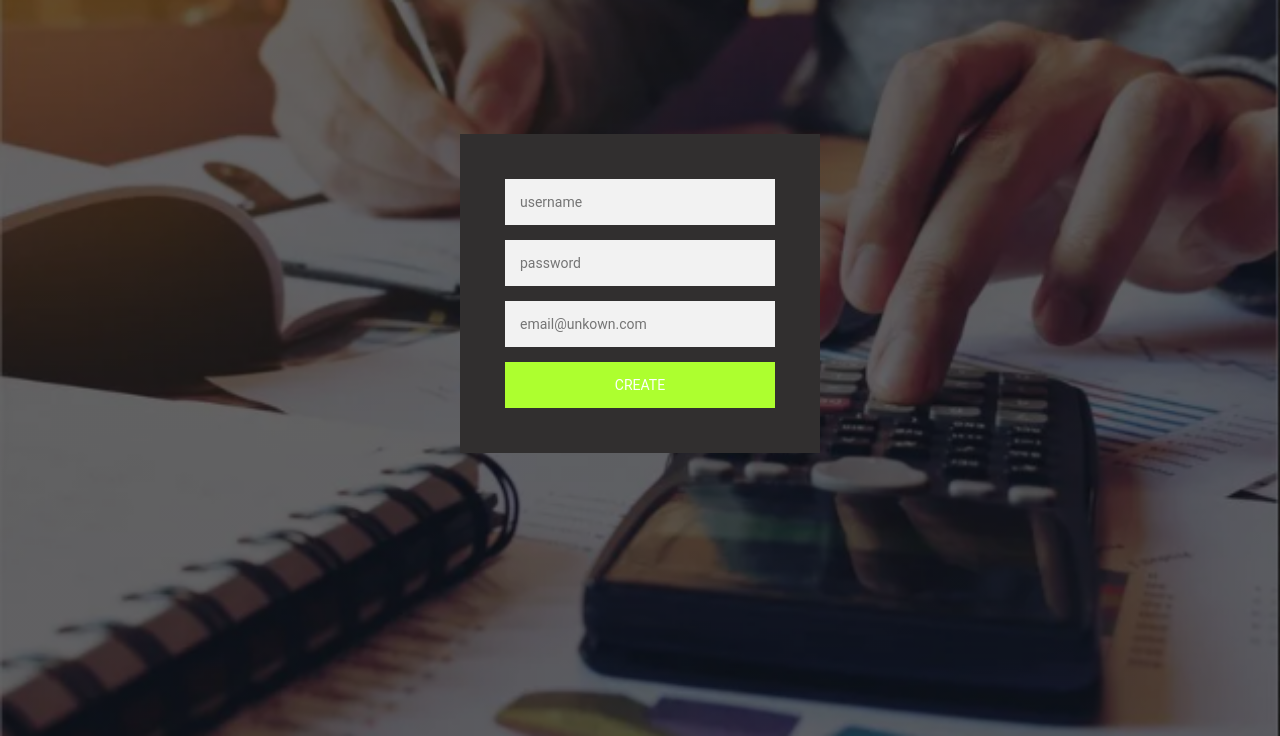
Repository: rambo1022/Project-1
Page: index.html
The author's editor kept a copy of each file at every save. The page is drawn from the files as they stood at one save, then again after the next save.
The browser window is 1280 px wide. The pictures show the whole page.

Above is the page before, as saved 2019-12-01 15:33:42.

After the next save:
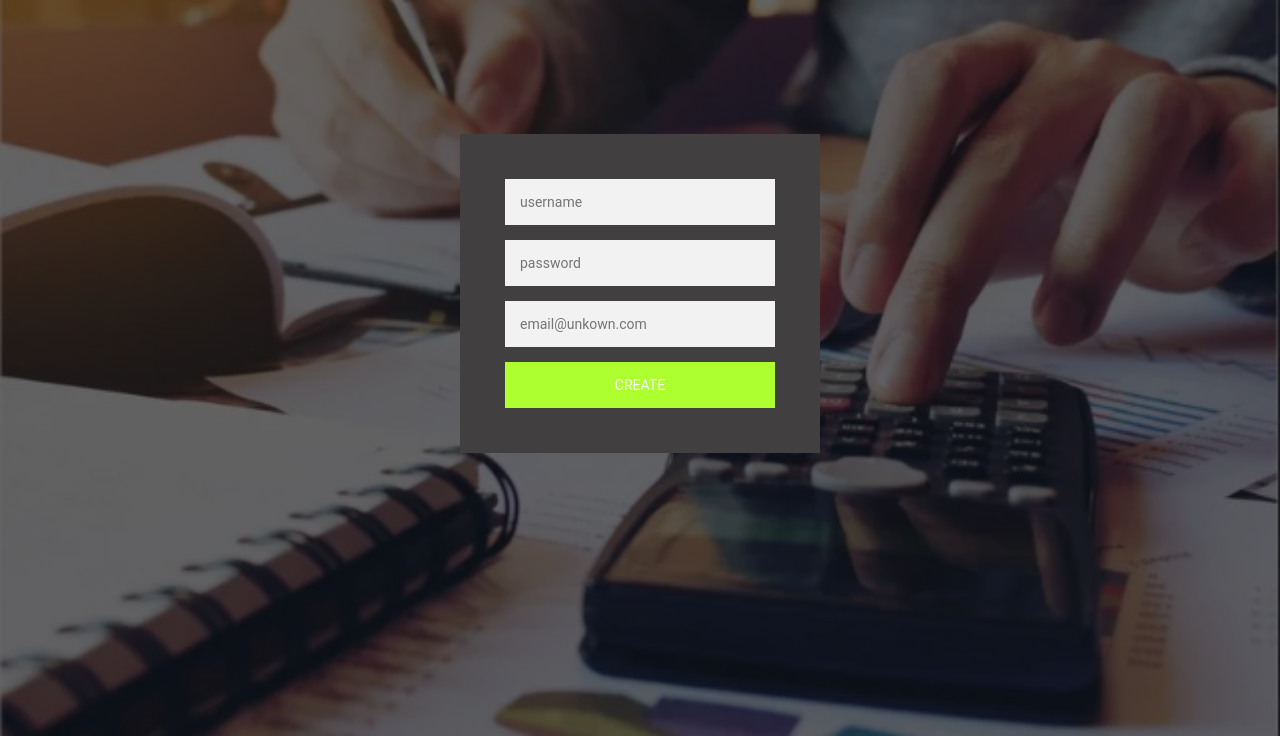
Saved 23 s later.
--- a/Sign-Up/signup.css
+++ b/Sign-Up/signup.css
@@ -18,7 +18,7 @@ body {
 .form {
     position: relative;
     z-index: 1;
-    background: #312f2f;
+    background: #413f3f;
     max-width: 360px;
     margin: 0 auto 100px;
     padding: 45px;
